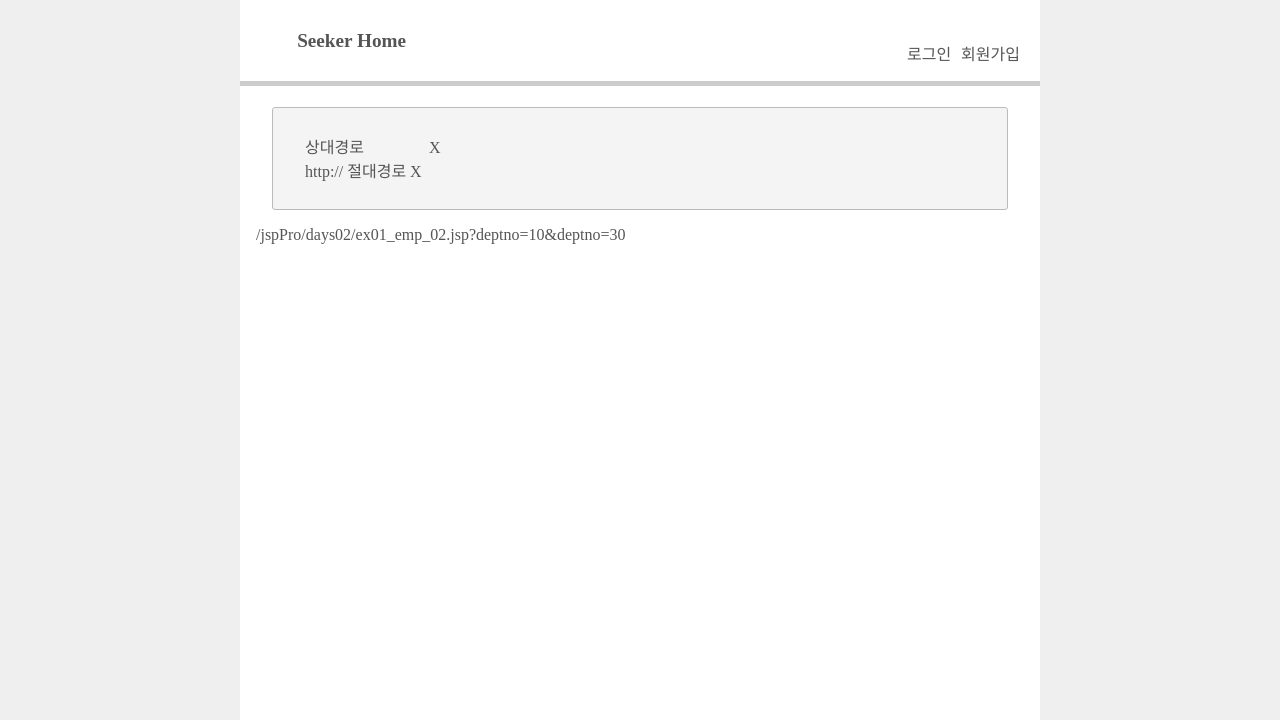
Repository: Seeker2250/JspTest
Page: http://localhost/jspPro/days02/ex02.jsp
These files come from the project's save history. The page is drawn as it stood at one moment and after the next save; the edit follows.
The browser window is 1280 px wide. The pictures show the whole page.
Some web fonts or font styles are not loaded; a fallback is used. The page is served by Tomcat 9.

Above is the page before, as saved 2024-10-16 05:45:25.

After the next save:
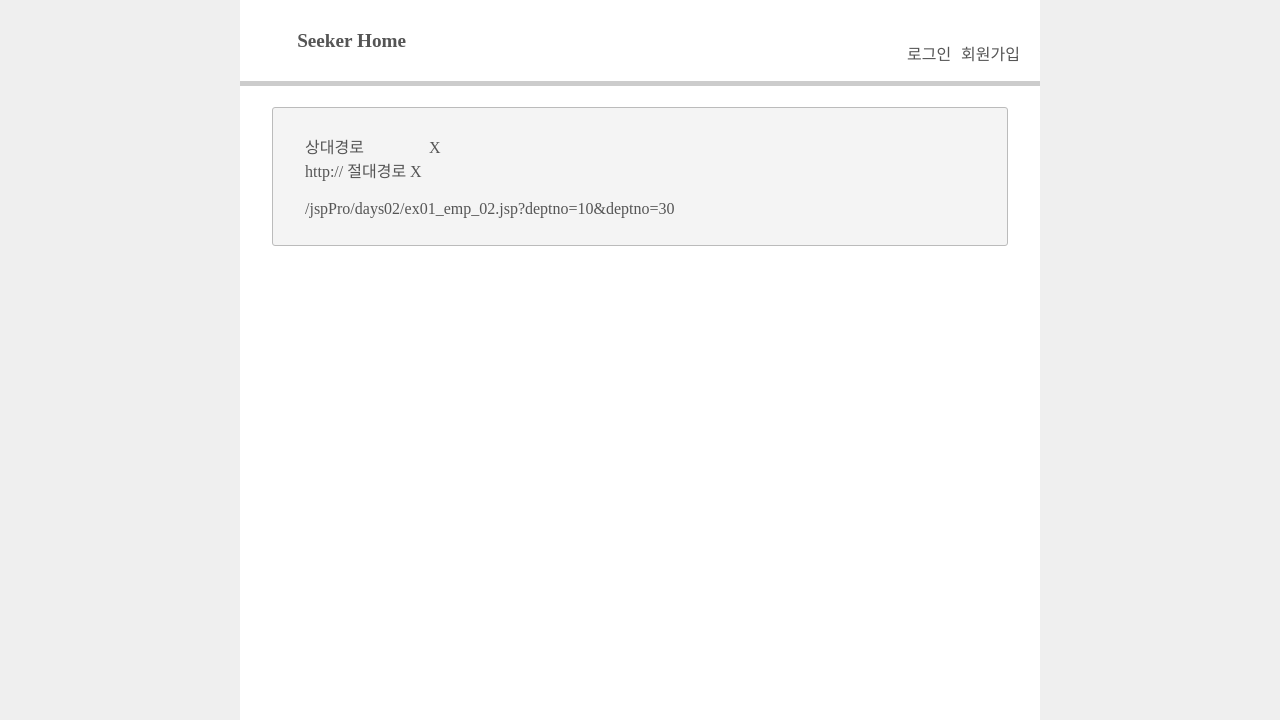
Saved 12 s later.
--- a/jspPro/src/main/webapp/days02/ex02.jsp
+++ b/jspPro/src/main/webapp/days02/ex02.jsp
@@ -28,8 +28,10 @@
  <xmp class="code">
     상대경로 		   X
     http:// 절대경로 X
+
+    /jspPro/days02/ex01_emp_02.jsp?deptno=10&deptno=30
   </xmp>
-  /jspPro/days02/ex01_emp_02.jsp?deptno=10&deptno=30
+
 </div>
 </body>
 </html>
